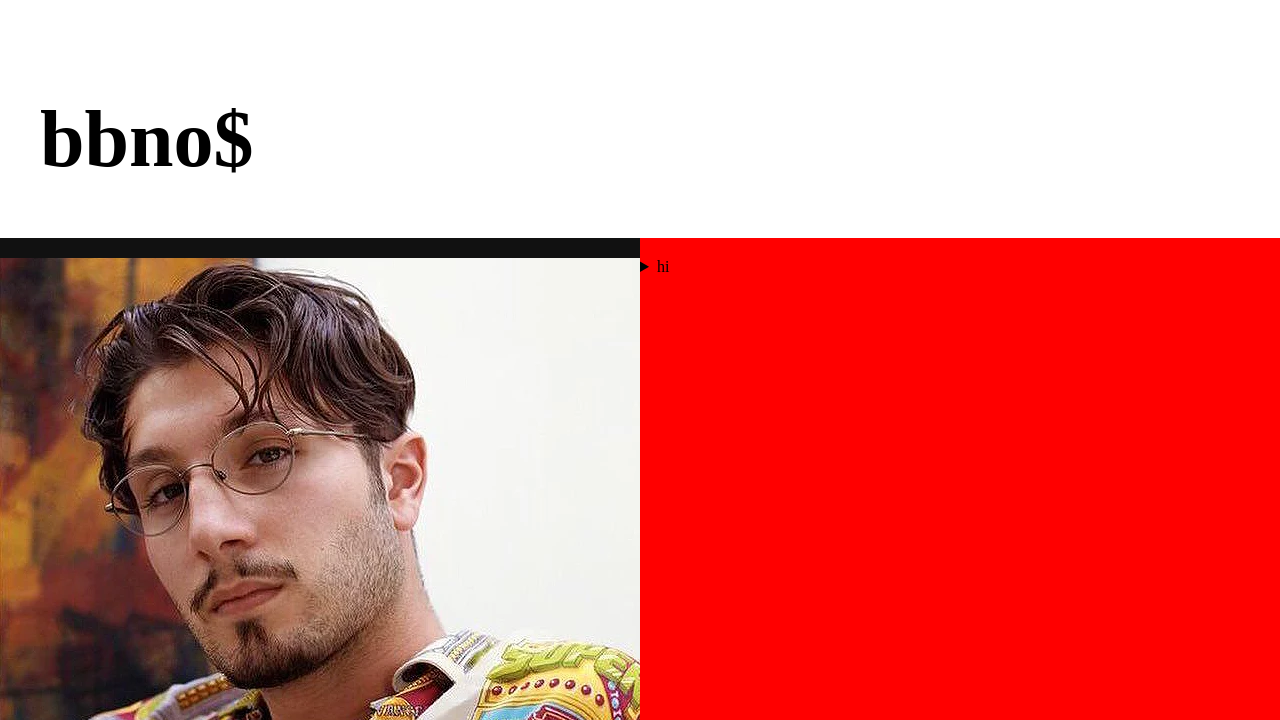
Repository: Jennica1/Lab1
Page: /
The author's editor kept a copy of each file at every save. The page is drawn from the files as they stood at one save, then again after the next save.
The browser window is 1280 px wide. The pictures show the whole page.
The project was rebuilt for these pictures with package versions that can differ from the ones it lists, and the page was loaded fresh each time. Also part of the build but not shown: vite.config.js, src/index.css.

Above is the page before, as saved 2024-09-09 18:17:52.

After the next save:
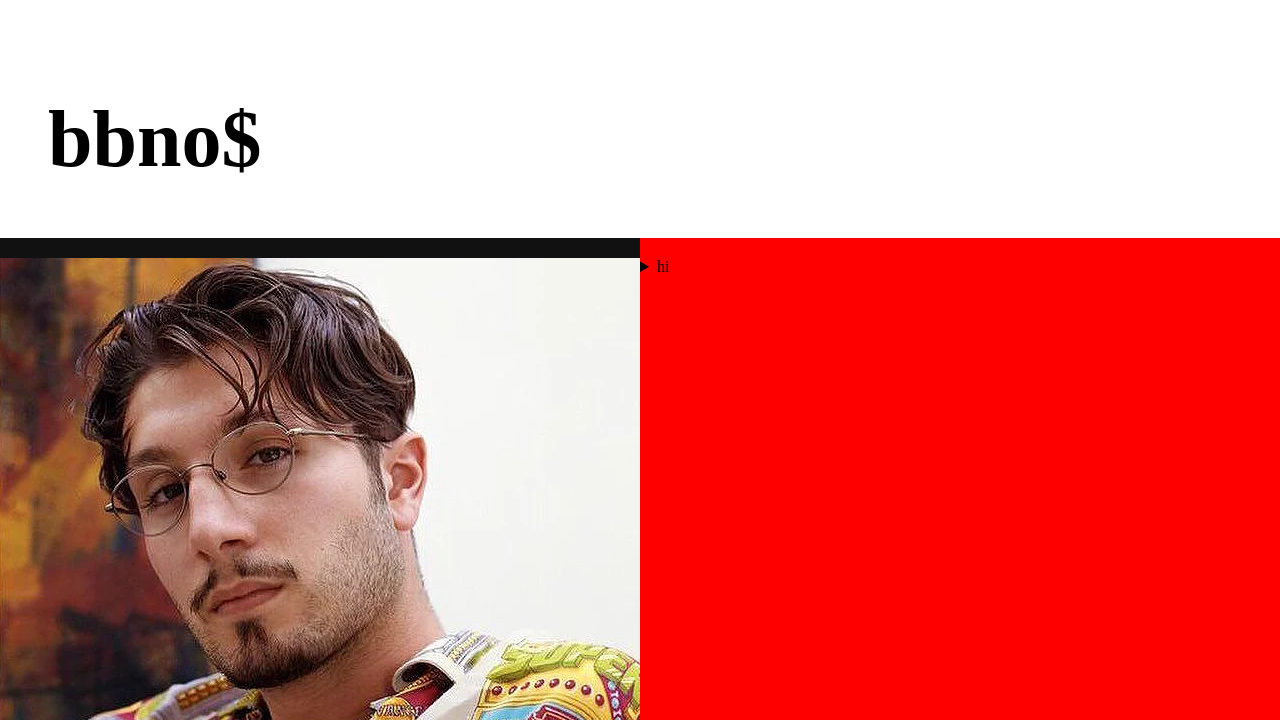
Saved 11 s later.
--- a/src/App.jsx
+++ b/src/App.jsx
@@ -9,7 +9,7 @@
   return (
     <>
 
-      <main className='main'>
+      <body className='main'>
       <header className='header'>
         <h1>bbno$</h1>
       </header>
@@ -23,7 +23,7 @@
             <p>hello</p>
           </details>
         </div>
-      </main>
+      </body>
 
 
     </>
